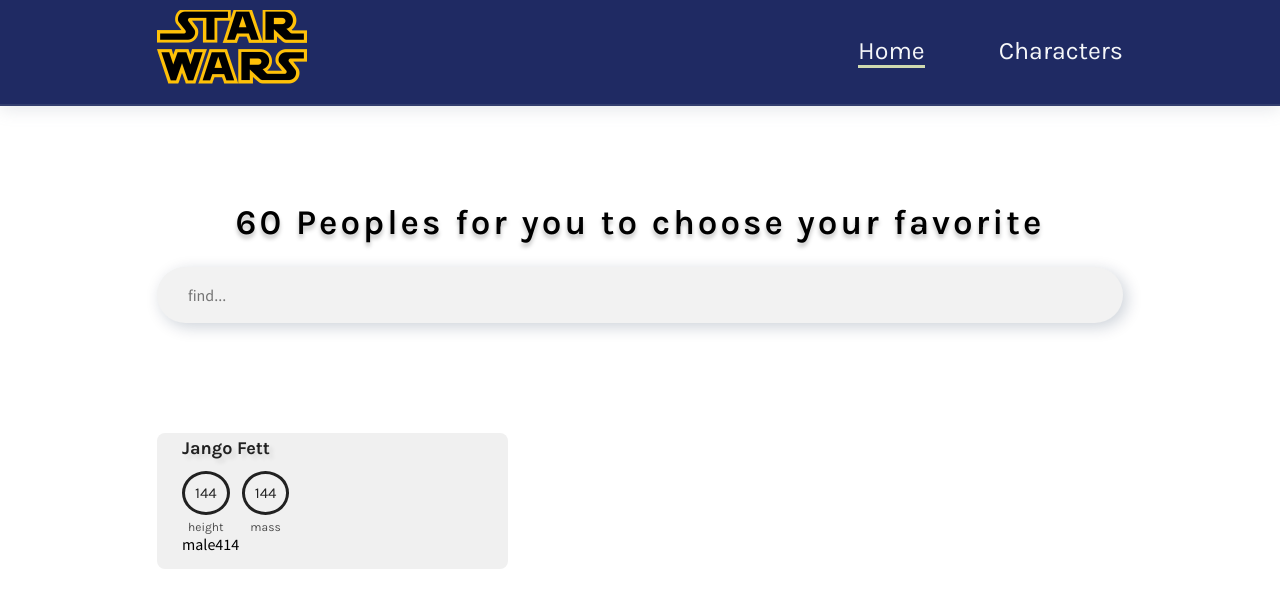
Repository: Alexey2236/starwars
Page: /characters
The author's editor kept a copy of each file at every save. The page is drawn from the files as they stood at one save, then again after the next save.
The browser window is 1280 px wide. The pictures show the whole page.
The project was rebuilt for these pictures with package versions that can differ from the ones it lists, and the page was loaded fresh each time. Also part of the build but not shown: src/pages/homePage/homePage.css, src/pages/homePage/HomePage.jsx, src/pages/errorPage/ErrorPage.jsx.

Above is the page before, as saved 2022-10-28 16:26:57.

### src/index.css
@import url("https://fonts.googleapis.com/css2?family=Karla:wght@200;300;400;500;600;700;800&family=Source+Sans+Pro&display=swap");
body {
  font-family: "Karla", sans-serif;
  font-family: "Source Sans Pro", sans-serif;
  padding: 0;
  margin: 0;
}
* {
  box-sizing: border-box;
  text-decoration: none;
}

.container {
  max-width: 1125px;
  margin: 0 auto;
}

### src/App.js
import { BrowserRouter, Routes, Route } from "react-router-dom";
import HomePage from "./pages/homePage/HomePage";
import CharactersPage from "./pages/charactersPage/CharactersPage";
import ErrorPage from "./pages/errorPage/ErrorPage";
import Header from "./components/header/Header";
function App() {
  return (
    <BrowserRouter>
      <div className="App">
        <Header />
        <Routes>
          <Route exact path="/" element={<HomePage />} />
          <Route exact path="/characters" element={<CharactersPage />} />
          <Route path="*" element={<ErrorPage />} />
        </Routes>
      </div>
    </BrowserRouter>
  );
}

export default App;

### src/pages/charactersPage/CharactersPage.jsx
import "./characters.css";
function CharactersPage() {
  return (
    <div className="characters-page">
      <h1 className="char-title">60 Peoples for you to choose your favorite</h1>
      <input className="char-search" type="text" placeholder="find..." />
      <div className="char-list">
        <div className="char-card">
          <div className="char-name">Jango Fett</div>
          <div className="char-options">
            <div className="height">
              <div className="value">144</div>
              <div className="name">height</div>
            </div>
            <div className="mass">
              <div className="value">144</div>
              <div className="name">mass</div>
            </div>
          </div>
          <div className="age-gender">
            <div className="gender">male</div>
            <div className="age">414</div>
          </div>
        </div>
      </div>
    </div>
  );
}

export default CharactersPage;

### src/components/header/Header.jsx
import { Link } from "react-router-dom";
import logo from "../../img/logo.png";
import './header.css'
function Header() {
  return (
    <div className="header">

        <Link className="logo" to="/">
        <img src={logo} alt="" />
      </Link>
      <div className="nav">
        <Link className="header-link active" to="/">
          Home
        </Link>
        <Link className="header-link" to="/characters">
          Characters
        </Link>
      </div>
    </div>
  );
}

export default Header;

### src/pages/charactersPage/characters.css
.characters-page {
  padding: 73px 157px 0 157px;
  display: flex;
  flex-direction: column;
}

.char-title {
  font-family: "Karla";
  font-style: normal;
  font-weight: 600;
  font-size: 35px;
  line-height: 41px;
  text-align: center;
  letter-spacing: 3px;
  color: #000000;
  text-shadow: 0px 4px 4px rgba(0, 0, 0, 0.25);
}

.char-search {
  margin-top: 36px auto;
  padding: 18px 896px 18px 31px;
  background: #f2f2f2;
  border: none;
  box-shadow: 4px 4px 16px rgba(1, 28, 64, 0.2);
  border-radius: 40px;
  font-family: "Source Sans Pro";
  font-style: normal;
  font-weight: 400;
  font-size: 16px;
  line-height: 20px;
  color: rgba(33, 33, 33, 0.8);
}

.char-list {
  margin-top: 110px;
  display: flex;
  justify-content: space-between;
  flex-wrap: wrap;
}

.char-card {
    padding: 5px 176px 5px 25px;
  width: 351px;
  height: 136px;
  background: #f0f0f0;
  border-radius: 8px;
}

.char-name {
  font-family: "Karla";
  font-style: normal;
  font-weight: 700;
  font-size: 18px;
  line-height: 21px;
  color: #212121;
  text-shadow: 4px 4px 4px rgba(33, 33, 33, 0.1);
}

.char-options {
  margin-top: 12px;
  display: flex;
  column-gap: 12px;
}

.value {
  font-family: "Karla";
  font-style: normal;
  font-weight: 400;
  font-size: 15px;
  line-height: 18px;
  display: flex;
  align-items: center;
  text-align: center;
  color: #212121;
  border: 3px solid #212121;
  border-radius: 100%;
  padding: 10px;
}

.name {
  margin-top: 5px;
  font-family: "Karla";
  font-style: normal;
  font-weight: 400;
  font-size: 12px;
  line-height: 14px;
  text-align: center;
  color: #4b4b4b;
}

.age-gender{
    display: flex;
}

### src/components/header/header.css
.header {
  display: flex;
  align-items: center;
  justify-content: space-between;
  padding: 10px 157px;
  background: #1f2a63;
  box-shadow: 0px 4px 16px rgba(136, 146, 160, 0.2);
  border-bottom: 2px solid rgba(136, 146, 160, 0.2);
}

.nav {
  display: flex;
  column-gap: 74px;
}

.header-link {
  font-family: "Karla";
  font-style: normal;
  font-weight: 400;
  font-size: 25px;
  line-height: 29px;

  color: #f6f7f9;
}

.active {
  border-bottom: 3px solid #cfdab0;
}

Loaded but not shown: public/index.html (common file); src/index.js (common file)

After the next save:
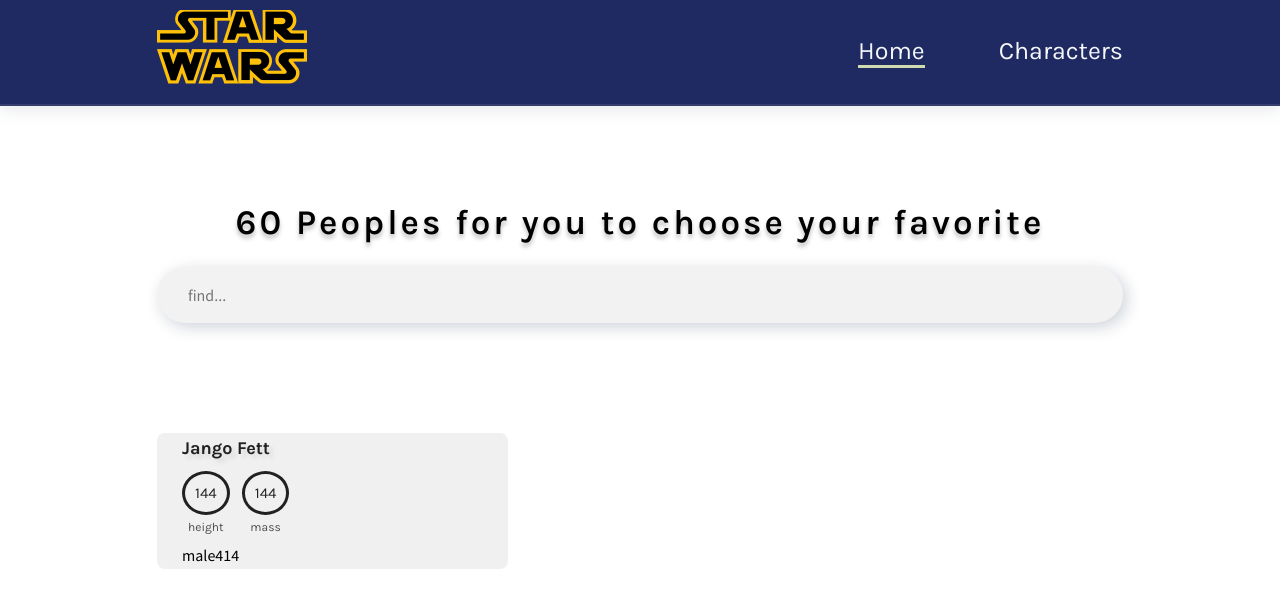
Saved 25 s later.
--- a/src/pages/charactersPage/characters.css
+++ b/src/pages/charactersPage/characters.css
@@ -89,5 +89,6 @@
 }
 
 .age-gender{
+    margin-top: 11px;
     display: flex;
 }
